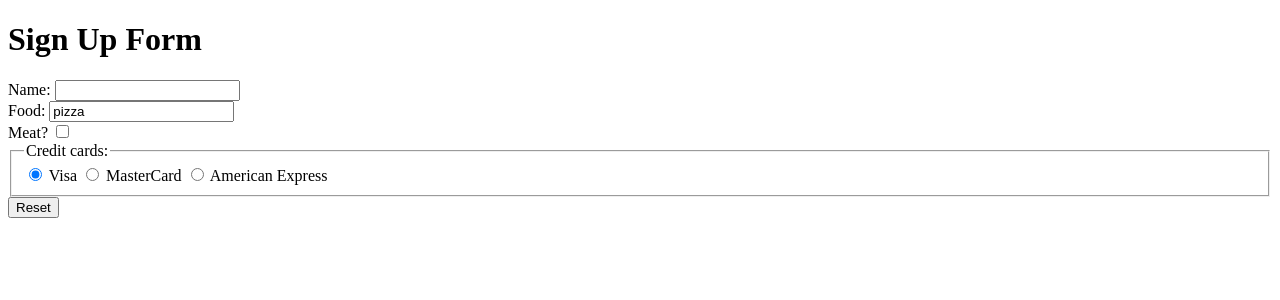
Repository: FWBMKII/csc207
Page: cnmb/cnmb.html
The author's editor kept a copy of each file at every save. The page is drawn from the files as they stood at one save, then again after the next save.
The browser window is 1280 px wide. The pictures show the whole page.

Above is the page before, as saved 2015-04-27 12:24:57.

After the next save:
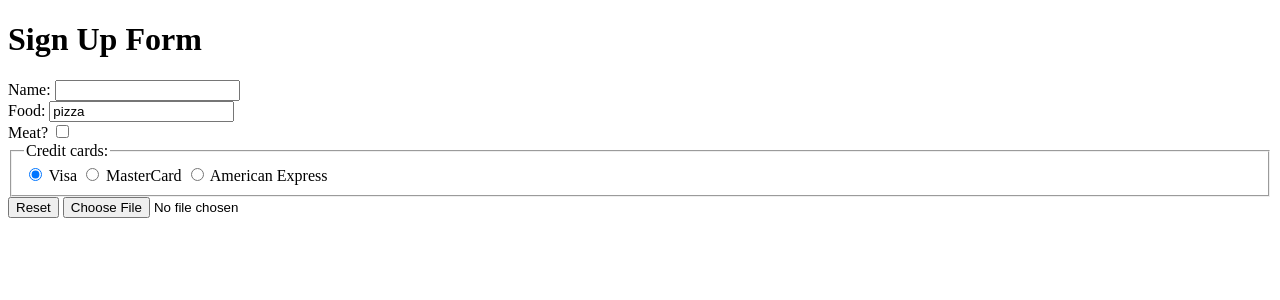
Saved 118 min 15 s later.
--- a/cnmb/cnmb.html
+++ b/cnmb/cnmb.html
@@ -19,6 +19,7 @@
 		<input type="radio" name="cc" value="amex" /> American Express
 	</fieldset>
 	<input type="reset" />
+	<input type="file" name="avatar" />
 	</form>
 </body>
 </html>
